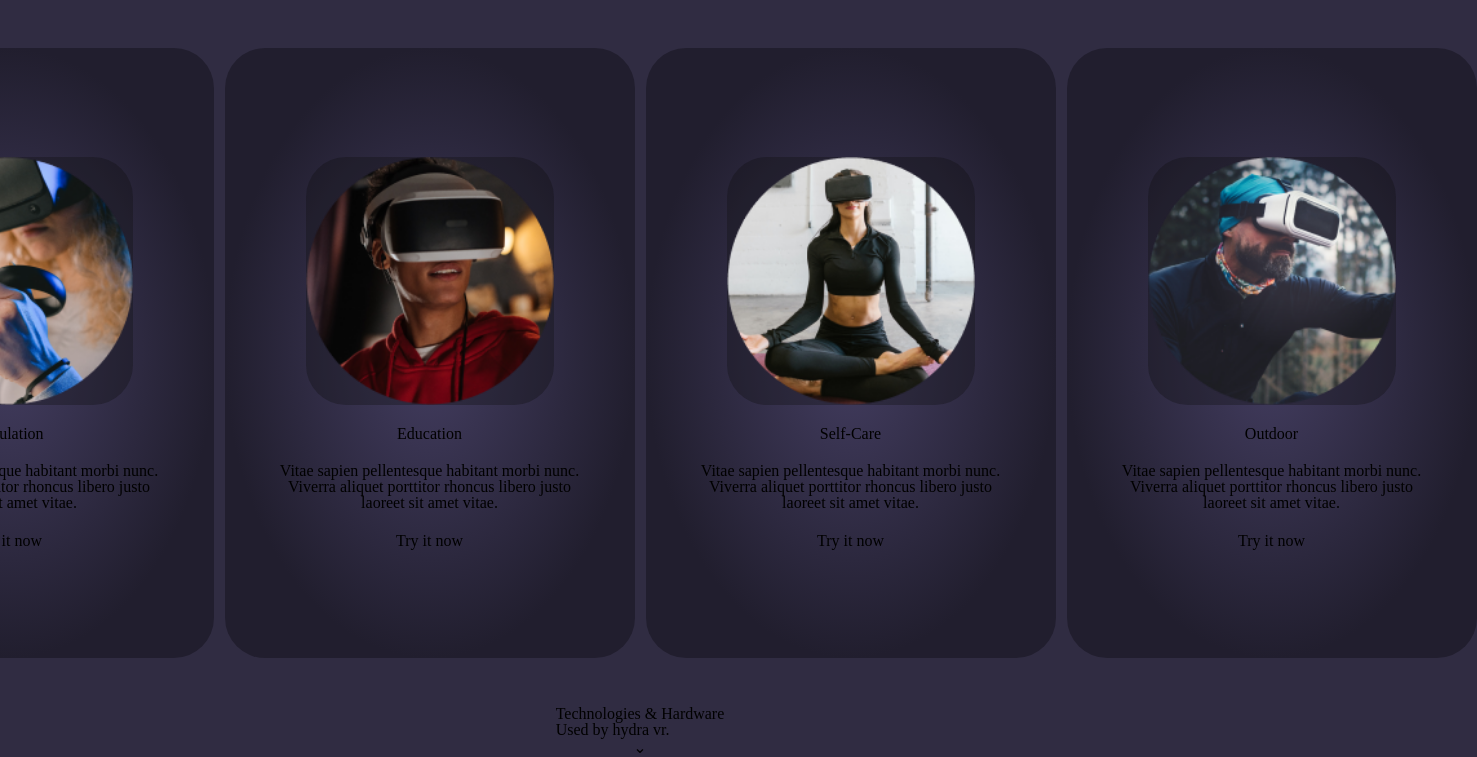
Repository: xMargi/Hydra-LandingPage
Page: index.html
An editor plug-in stored every save of this project. The page is shown before and after a run of saves, followed by the edit.
The browser window is 1280 px wide. The page is 1477 px wide, so the pictures cover 1477 px, including what lies to the right of the window. The pictures show the whole page.

Above is the page before, as saved 2023-06-07 20:21:50.

After the next 2 saves:
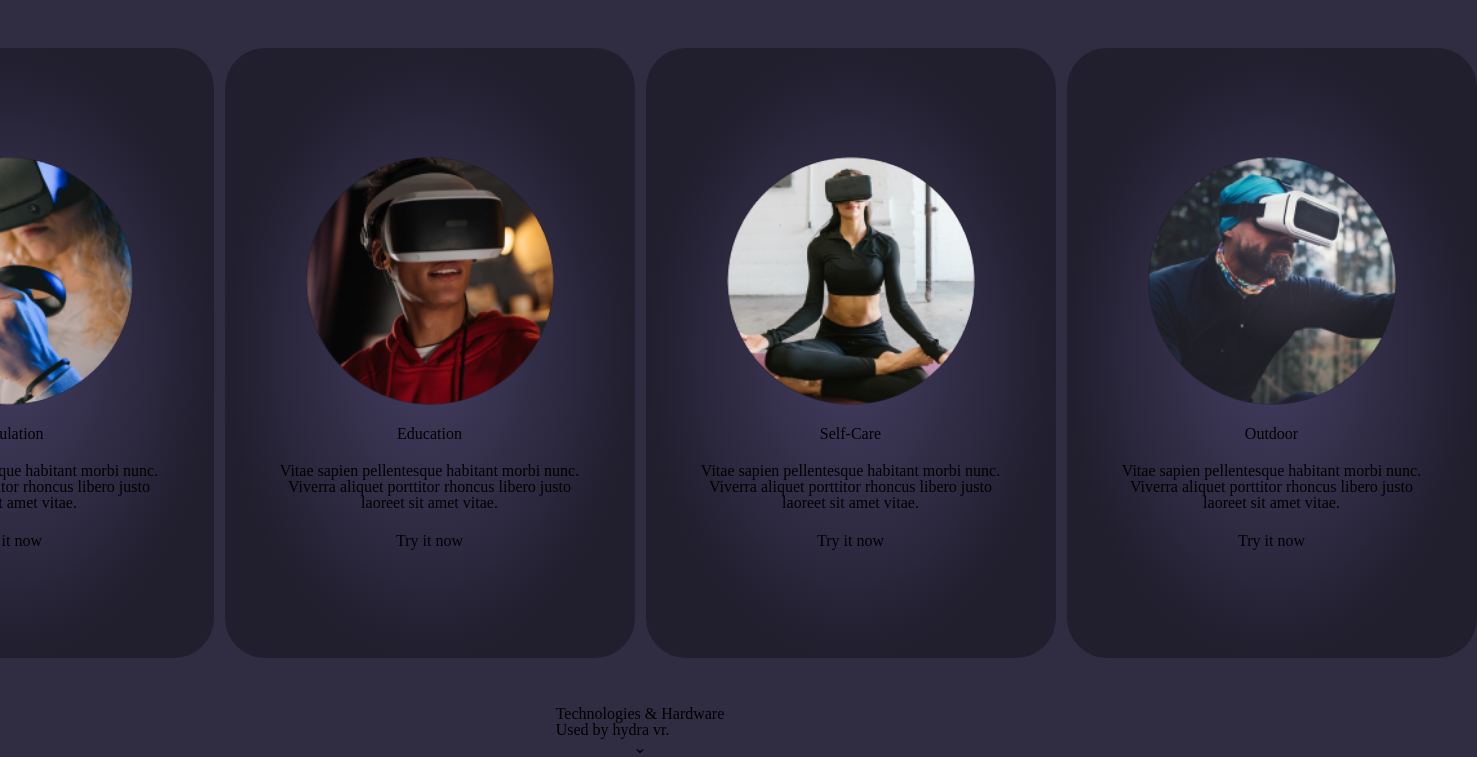
The 2 saves are shown as one change because they came seconds apart.
The last was saved 7 s later.
--- a/style.css
+++ b/style.css
@@ -44,7 +44,7 @@
 
 .cartao__img{
     background: var(--cor-sombra);
-    border-radius: 40px;
+    border-radius: 250px;
     width: 80%;
 
 

After the save that followed:
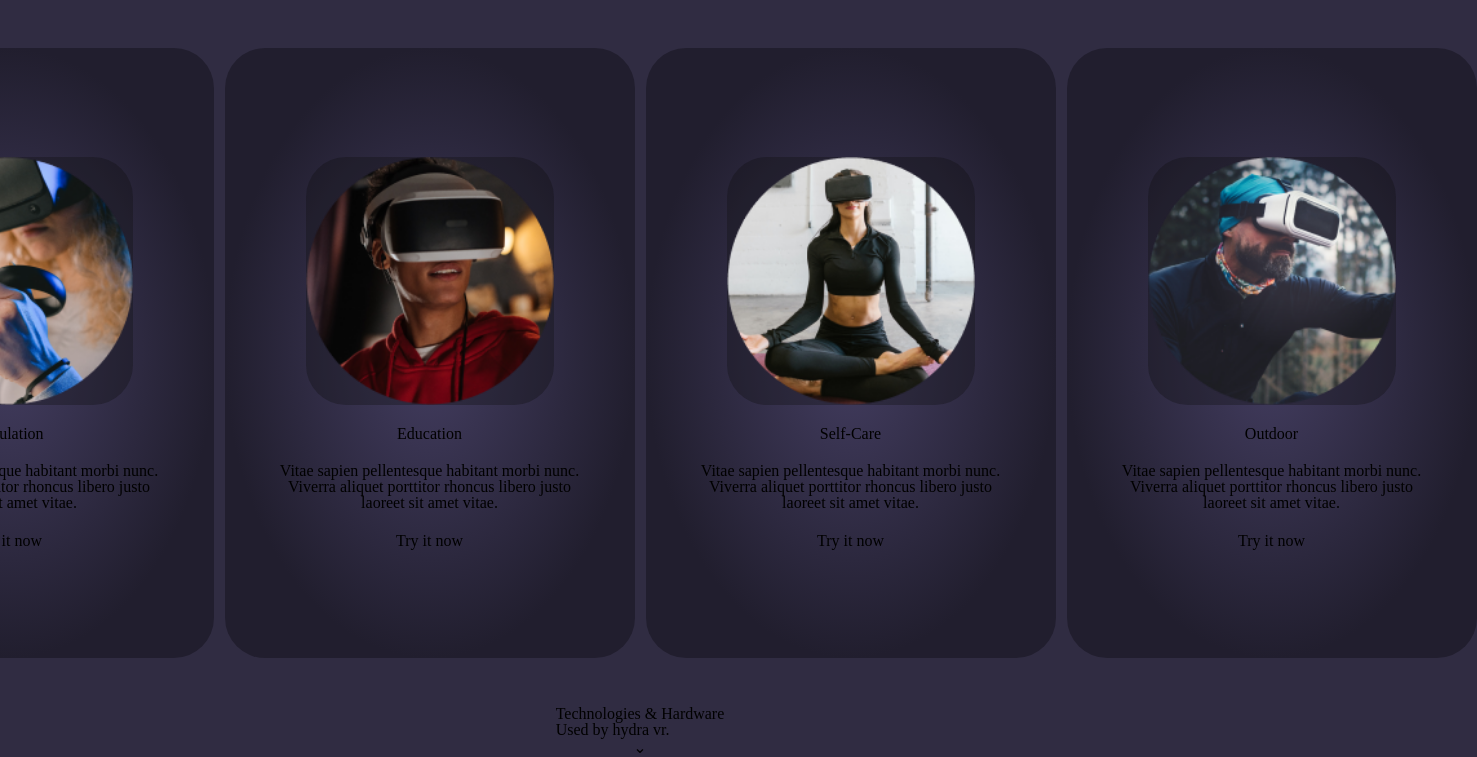
Saved 5 s later.
--- a/style.css
+++ b/style.css
@@ -44,7 +44,7 @@
 
 .cartao__img{
     background: var(--cor-sombra);
-    border-radius: 250px;
+    border-radius: 40px;
     width: 80%;
 
 
